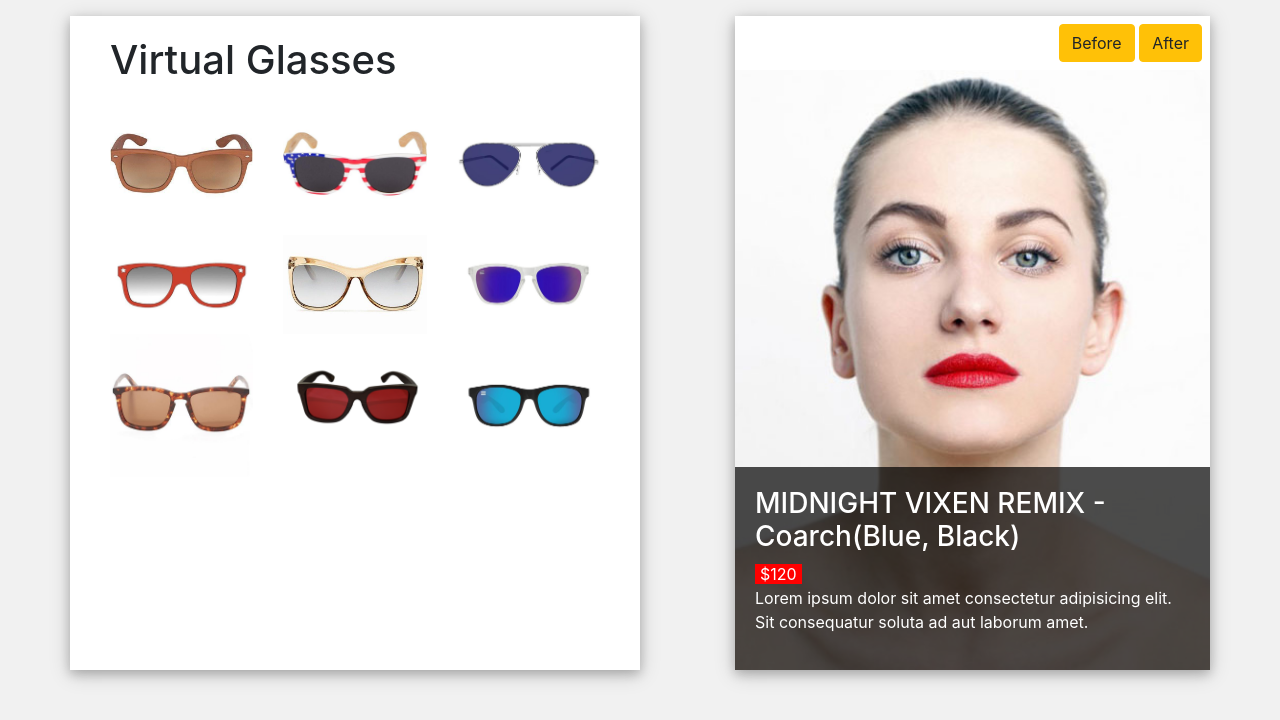
Repository: Khoi300399/BC35E_ES6_B2_MaThanhKhoi
Page: index.html
The author's editor kept a copy of each file at every save. The page is drawn from the files as they stood at one save, then again after the next save.
The browser window is 1280 px wide. The pictures show the whole page.

Above is the page before, as saved 2022-10-21 23:43:37.

After the next save:
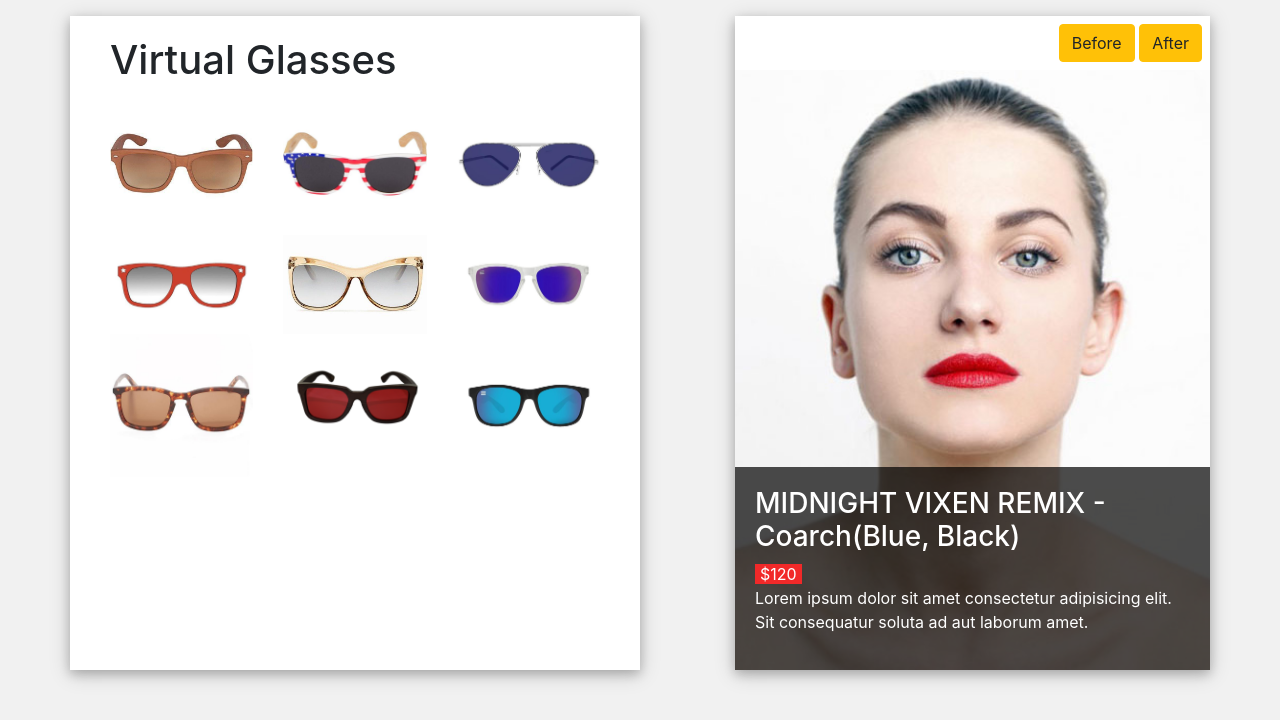
Saved 28 s later.
--- a/css/index.css
+++ b/css/index.css
@@ -67,7 +67,7 @@ body {
 
 .vglasses__info span {
   padding: 0 5px;
-  background-color: red;
+  background-color: rgb(241, 41, 41);
 }
 
 #glasses {
